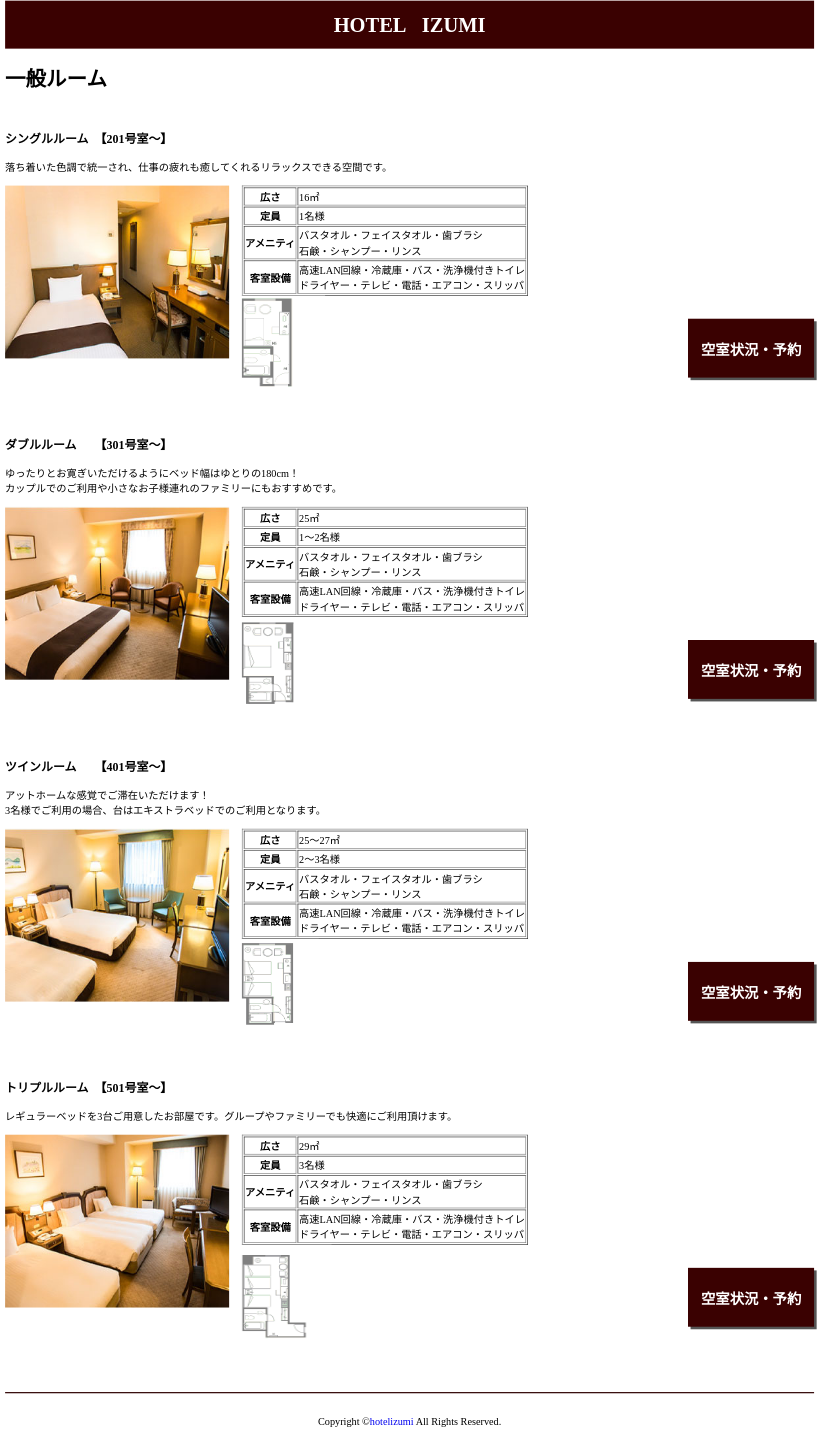
Repository: sep-dev/hotel_site
Page: http://localhost/HOTEL_IZUMI/general
The author's editor kept a copy of each file at every save. The page is drawn from the files as they stood at one save, then again after the next save.
The browser window is 1280 px wide. The pictures show the whole page, at 64% of full size.
The page is served by Tomcat 9.

Above is the page before, as saved 2016-05-30 01:26:07.

After the next save:
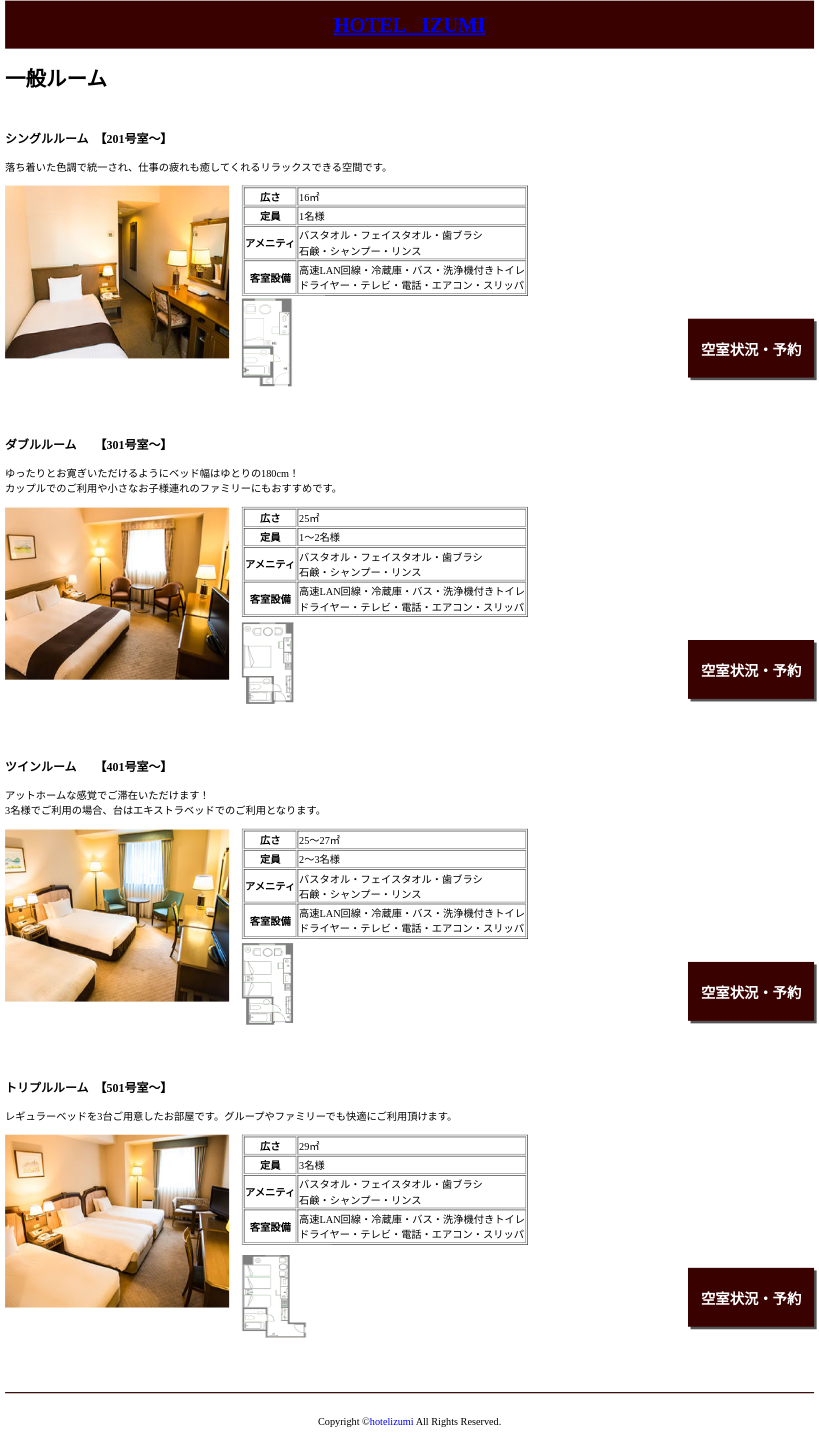
Saved 6 min 41 s later.
--- a/HOTEL_IZUMI/src/main/webapp/WEB-INF/views/general.jsp
+++ b/HOTEL_IZUMI/src/main/webapp/WEB-INF/views/general.jsp
@@ -17,7 +17,7 @@
   <body>
     <form action="http://localhost:8080/Izumi/calender">
       <div id="header">
-        <div id="header h1"><h1><a HREF="http://localhost:8080/Izumi/top" STYLE="text-decoration:none"><font color="#FFFFFF">HOTEL&nbsp;&nbsp;&nbsp;IZUMI</font></a></h1></div>
+        <div id="header h1"><h1><a HREF="http://localhost:8080/Izumi/top"> HOTEL&nbsp;&nbsp;&nbsp;IZUMI</a></h1></div>
       </div>
 
       <h1>一般ルーム</h1><br>

After the save that followed:
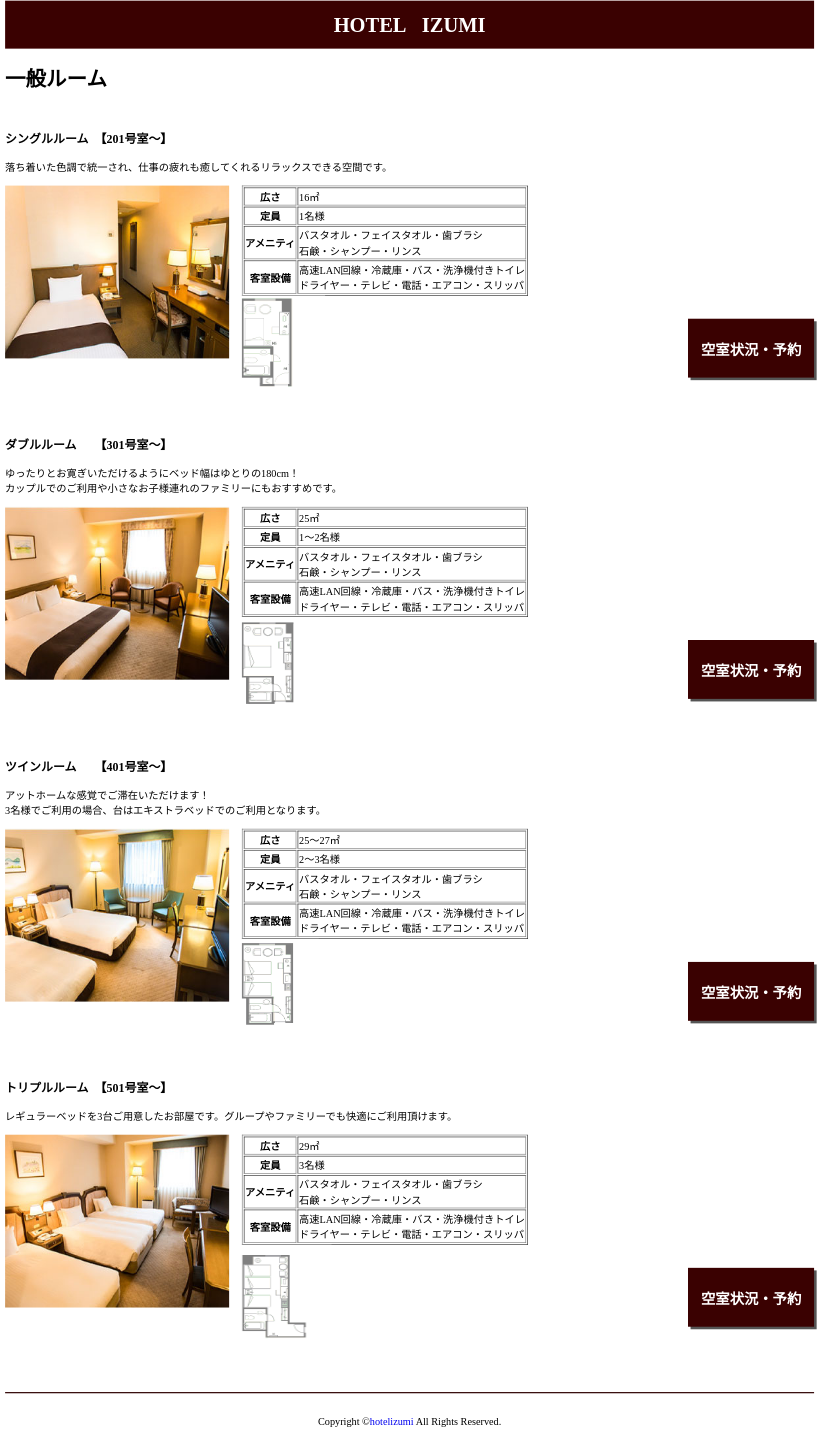
Saved 48 s later.
--- a/HOTEL_IZUMI/src/main/webapp/WEB-INF/views/general.jsp
+++ b/HOTEL_IZUMI/src/main/webapp/WEB-INF/views/general.jsp
@@ -17,7 +17,7 @@
   <body>
     <form action="http://localhost:8080/Izumi/calender">
       <div id="header">
-        <div id="header h1"><h1><a HREF="http://localhost:8080/Izumi/top"> HOTEL&nbsp;&nbsp;&nbsp;IZUMI</a></h1></div>
+        <div id="header h1"><h1><a HREF="http://localhost:8080/Izumi/top" STYLE="text-decoration:none"><font color="#FFFFFF">HOTEL&nbsp;&nbsp;&nbsp;IZUMI</font></a></h1></div>
       </div>
 
       <h1>一般ルーム</h1><br>
